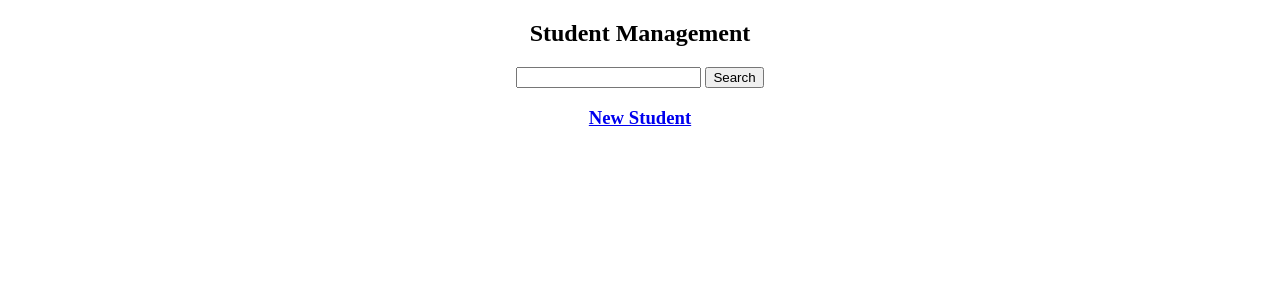
Repository: PuneethXworkz/core-java
Page: http://localhost/studentmanagement_springjpa/
The author's editor kept a copy of each file at every save. The page is drawn from the files as they stood at one save, then again after the next save.
The browser window is 1280 px wide. The pictures show the whole page.
The page is served by Tomcat 9. Other server files are loaded and not shown.

Above is the page before, as saved 2022-11-01 00:29:45.

### studentmanagement_springjpa/src/main/webapp/index.jsp
<%@ page language="java" contentType="text/html; charset=ISO-8859-1"
    pageEncoding="ISO-8859-1"%>
<%@ taglib uri="http://java.sun.com/jsp/jstl/core" prefix="c" %>
<!DOCTYPE html PUBLIC "-//W3C//DTD HTML 4.01 Transitional//EN"
	"http://www.w3.org/TR/html4/loose.dtd">
<html>
<head>
<meta http-equiv="Content-Type" content="text/html; charset=ISO-8859-1">
<title>Student Management</title>
</head>
<body>
<div align="center">
	<h2>Student Management</h2>
	<form action="search" method="get">
		<input type="text" name="keyword">
		<input type="submit" value="Search">
	</form>

	<h3><a href="new"> New Student</h3>




</div>
</body>
</html>

After the next save:
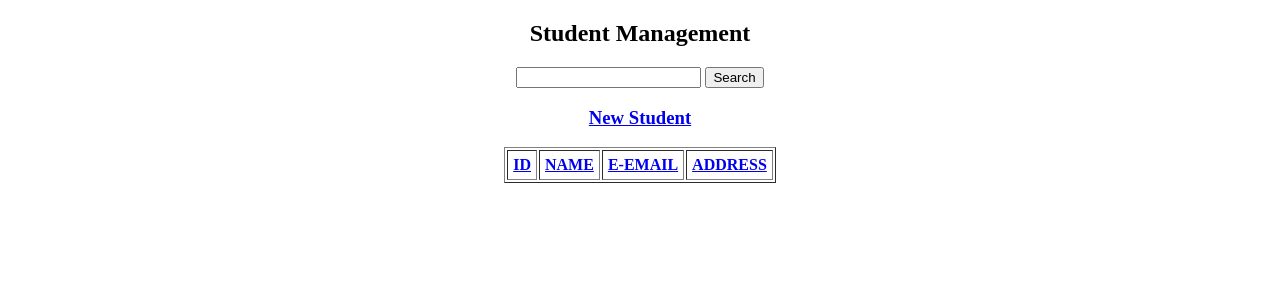
Saved 113 s later.
--- a/studentmanagement_springjpa/src/main/webapp/index.jsp
+++ b/studentmanagement_springjpa/src/main/webapp/index.jsp
@@ -17,7 +17,15 @@
 	</form>
 
 	<h3><a href="new"> New Student</h3>
+	<table border="1" cellpadding="5">
+		<tr>
+			<th>ID</th>
+			<th>NAME</th>
+			<th>E-EMAIL</th>
+			<th>ADDRESS</th>
+		</tr>
 
+	</table>
 
 
 
